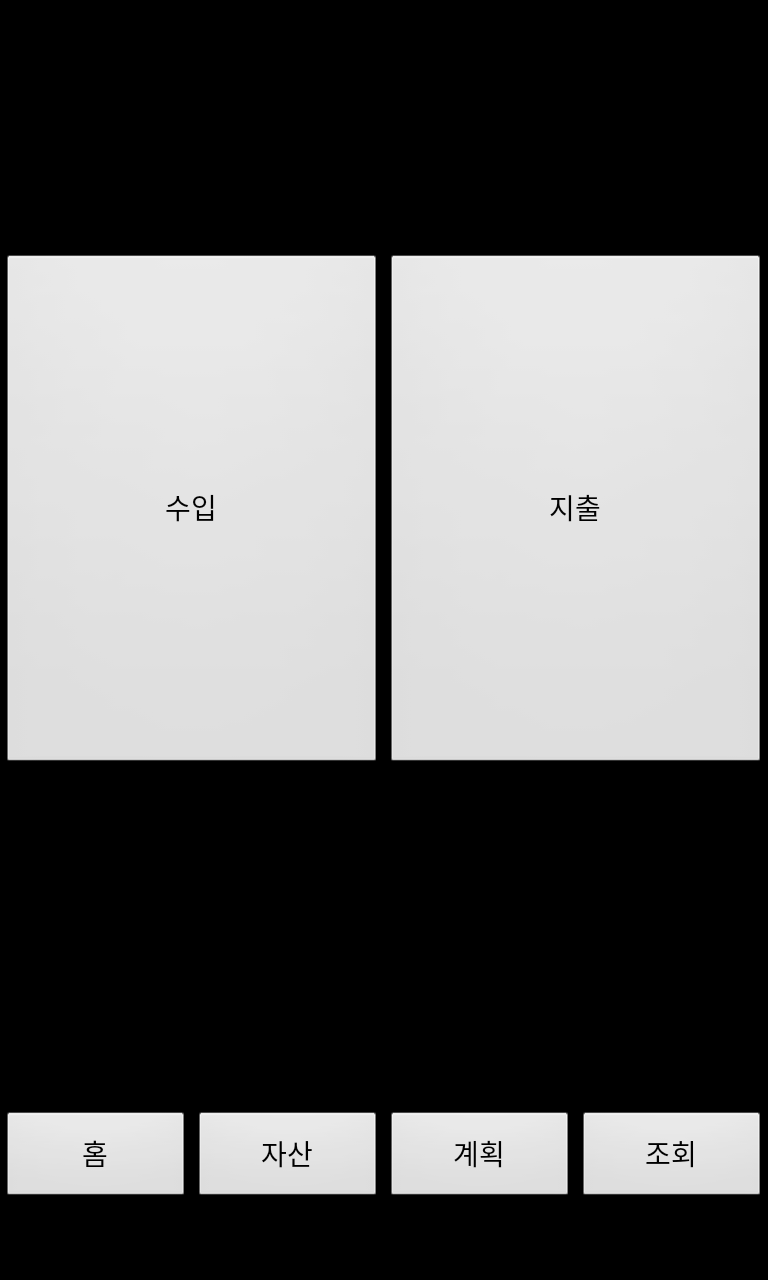
Repository: limjunghoon/fmfinance
Layout: trunk/Sample/Test/FmFinanceLayout/res/layout/main.xml
An editor plug-in stored every save of this project. The layout is shown before and after the next save, followed by the edit.
It is drawn on a 768 x 1280 px phone screen (xhdpi) without system bars, with theme android:Theme; the app's code is not run.

Above is the layout before, as saved 2010-07-13 08:26:20.

After the next save:
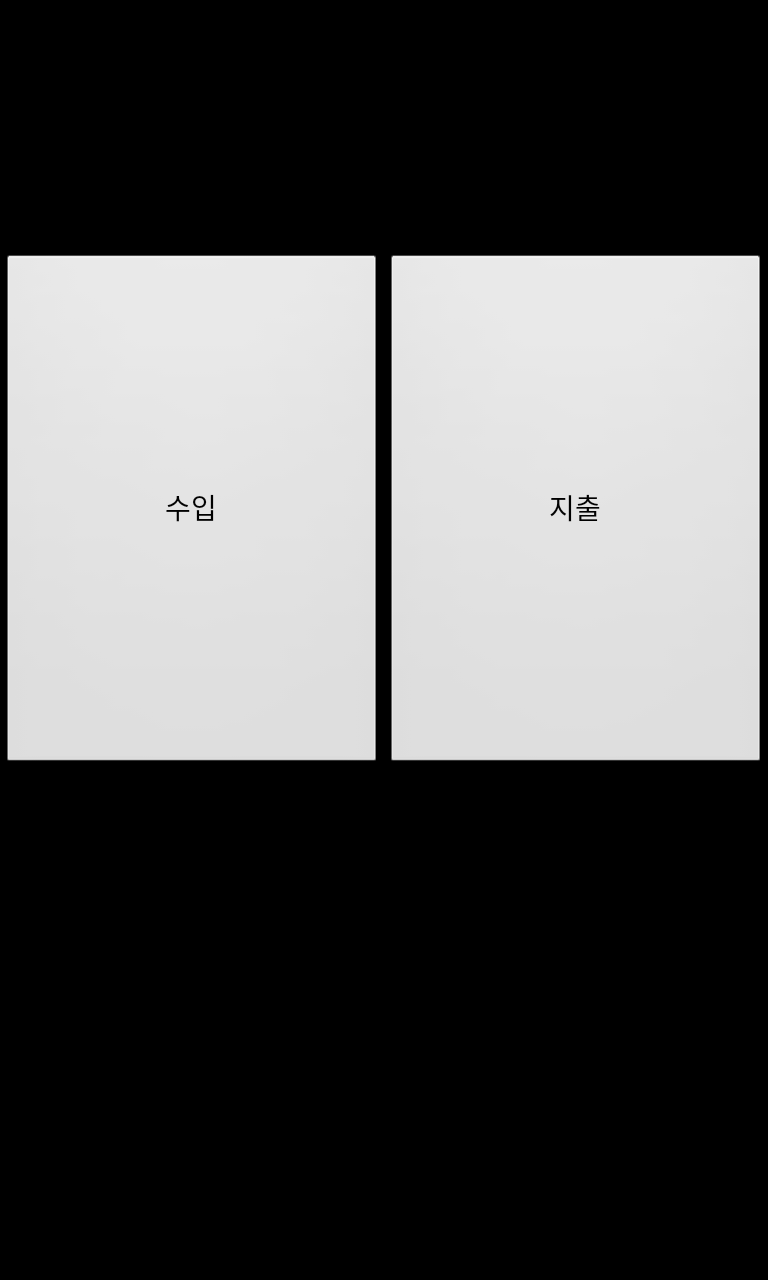
Saved 86 s later.
--- a/trunk/Sample/Test/FmFinanceLayout/res/layout/main.xml
+++ b/trunk/Sample/Test/FmFinanceLayout/res/layout/main.xml
@@ -19,9 +19,9 @@
 
 
 </LinearLayout>
-<LinearLayout android:id="@+id/LinearLayoutMainMenu" android:layout_width="fill_parent" android:layout_weight="2"><Button android:id="@+id/Button04" android:layout_weight="1" android:text="홈" android:layout_height="wrap_content"></Button>
-<Button android:id="@+id/Button05" android:layout_height="wrap_content" android:layout_weight="1" android:text="자산"></Button>
-<Button android:id="@+id/Button06" android:layout_height="wrap_content" android:text="계획" android:layout_weight="1"></Button>
-<Button android:id="@+id/Button07" android:layout_height="wrap_content" android:text="조회" android:layout_weight="1"></Button>
+<LinearLayout android:id="@+id/LinearLayoutMainMenu" android:layout_width="fill_parent" android:layout_weight="2">
+
+
+
 </LinearLayout>
 </LinearLayout>
